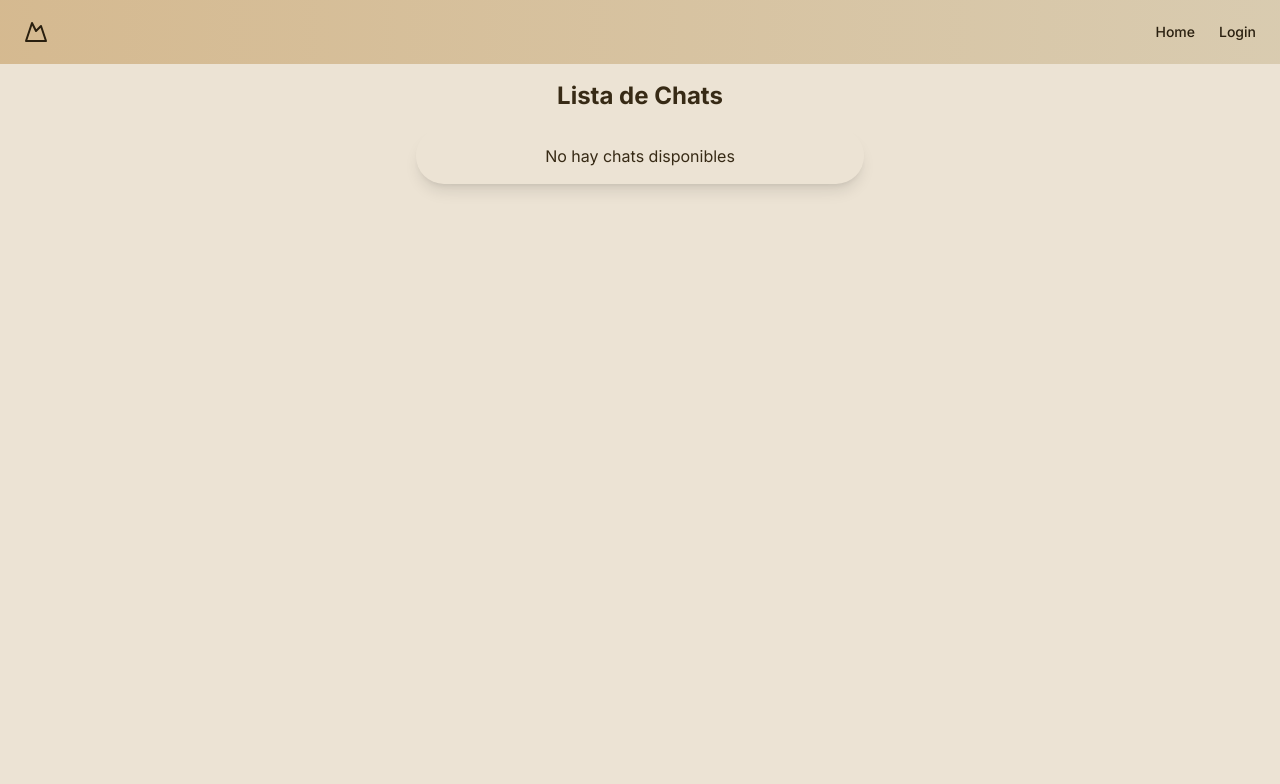
Repository: IIandreeii/Front-endTesis
Page: /mensajes
An editor plug-in stored every save of this project. The page is shown before and after a run of saves, followed by the edit.
The browser window is 1280 px wide. The pictures show the whole page.
The project was rebuilt for these pictures with package versions that can differ from the ones it lists, and the page was loaded fresh each time. The framework's server and built-in components were replaced by stand-ins that run in the browser. Also part of the build but not shown: next.config.mjs. Imported but missing from the stored project, and not drawn on this page: src/components/component/ChatList.

Above is the page before, as saved 2024-11-12 02:28:09.

After the next 2 saves:
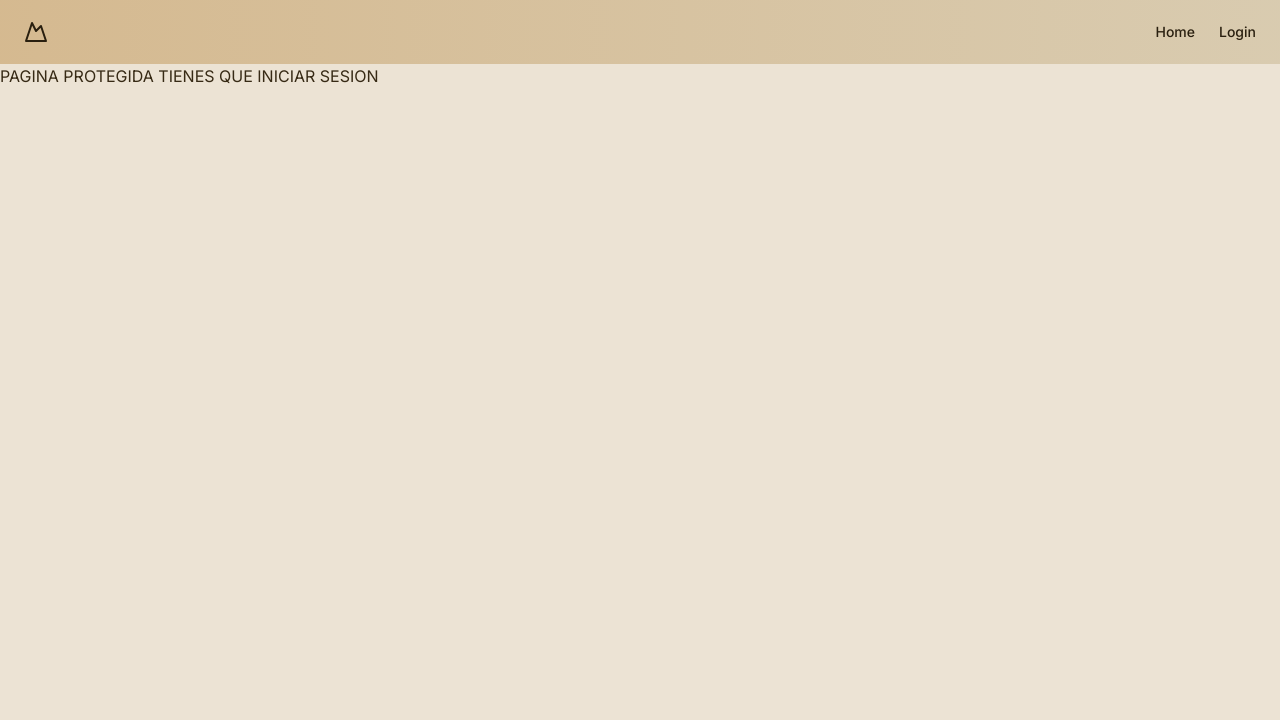
The 2 saves are shown as one change because 1 did not build or start.
The last was saved 2 min 53 s later.
--- a/src/components/component/fb-messenger-complete.jsx
+++ b/src/components/component/fb-messenger-complete.jsx
@@ -1,48 +1,72 @@
-'use client'
+// Profile.js
 
-import React, { useState, useEffect } from 'react'
-import dynamic from 'next/dynamic'
+"use client";
 
-const ChatList = ({ user }) => {
-  const [chatPreviews, setChatPreviews] = useState([])
+import React, { useState, useEffect } from 'react';
+import { useRouter } from 'next/navigation';
+import ChatList from './ChatList';
+
+export default function Profile() {
+  const [profile, setProfile] = useState(null);
+  const [error, setError] = useState('');
+  const router = useRouter();
 
   useEffect(() => {
-    if (!user) return
+    const fetchProfile = async () => {
+      const token = localStorage.getItem('authToken');
 
-    console.log('Usuario logueado:', user) // Imprime el usuario logueado en la consola
+      if (!token) {
+        setError('PAGINA PROTEGIDA TIENES QUE INICIAR SESION');
+        return;
+      }
 
-    const fetchChatPreviews = async () => {
       try {
-        const res = await fetch(`http://localhost:3001/chats?userId=${user.id}`)
-        const data = await res.json()
-        setChatPreviews(data)
+        const res = await fetch(`http://localhost:3001/profile?secret_token=${token}`, {
+          method: 'GET',
+          headers: {
+            'Content-Type': 'application/json'
+          }
+        });
+
+        if (!res.ok) {
+          throw new Error(`Error fetching profile: ${res.status} ${res.statusText}`);
+        }
+
+        const data = await res.json();
+
+        if (data.user) {
+          setProfile({ type: 'user', data: data.user });
+        } else if (data.charity) {
+          setProfile({ type: 'charity', data: data.charity });
+        } else {
+          throw new Error('Error fetching profile');
+        }
       } catch (error) {
-        console.error('Error fetching chats:', error)
+        console.error('Error:', error);
+        setError('Error fetching profile');
       }
-    }
+    };
 
-    fetchChatPreviews()
-  }, [user])
+    fetchProfile();
+  }, []);
+
+  if (error) return <p className="text-red-500">{error}</p>;
+  if (!profile) return <p>Loading...</p>;
+
+  const { data } = profile;
 
   return (
-    <div className="h-screen flex flex-col items-center p-4 bg-gray-100">
-      <h1 className="text-2xl font-bold mb-4">Lista de Chats</h1>
-      <div className="w-full max-w-md bg-white shadow-lg rounded-lg p-4">
-        {chatPreviews.length === 0 ? (
-          <p className="text-center text-gray-500">No hay chats disponibles</p>
-        ) : (
-          chatPreviews.map((chat) => (
-            <div
-              key={chat.id}
-              className="p-3 border-b border-gray-200 cursor-pointer hover:bg-gray-50"
-            >
-              <p className="font-semibold">{chat.name}</p>
-            </div>
-          ))
-        )}
+    <div className="flex flex-col items-center justify-center mt-10">
+      <h1 className="text-2xl font-bold mb-4">Perfil del Usuario</h1>
+      {/* Renderizar la información del usuario */}
+      <div>
+        <p>ID: {data.id}</p>
+        <p>Nombre: {data.nombre}</p>
+        <p>Email: {data.email}</p>
       </div>
+
+      {/* Pasar el usuario logueado a ChatList */}
+      <ChatList user={data} />
     </div>
-  )
+  );
 }
-
-export default dynamic(() => Promise.resolve(ChatList), { ssr: false })
